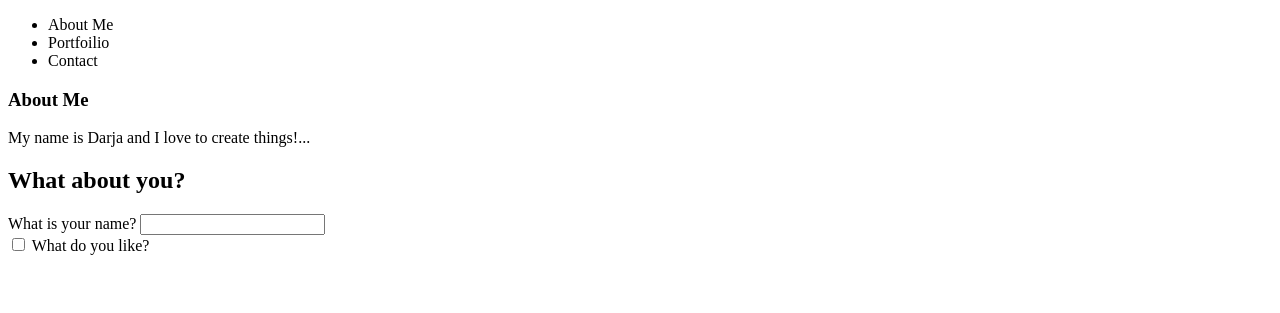
Repository: holyygreg/PortfolioProject
Page: code files/index.html
These files come from the project's save history. The page is drawn as it stood at one moment and after a run of saves; the edit follows.
The browser window is 1280 px wide. The pictures show the whole page.

Above is the page before, as saved 2024-08-02 15:57:16.

After the next 3 saves:
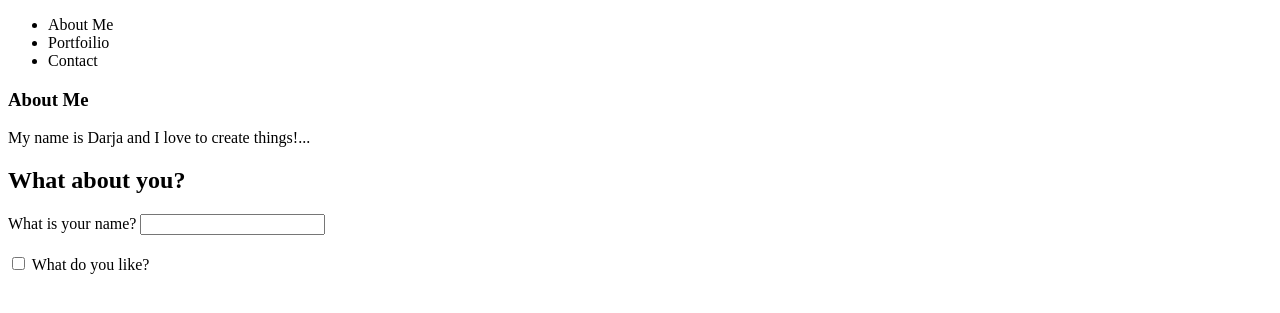
The 3 saves are shown as one change because they came seconds apart.
The last was saved 20 s later.
--- a/code files/index.html
+++ b/code files/index.html
@@ -30,7 +30,7 @@
         <input type="text"/>
         <br>
 
-
+        <h3></h3>
         <input type="checkbox"/>
         <label>What do you like?</label>
 
